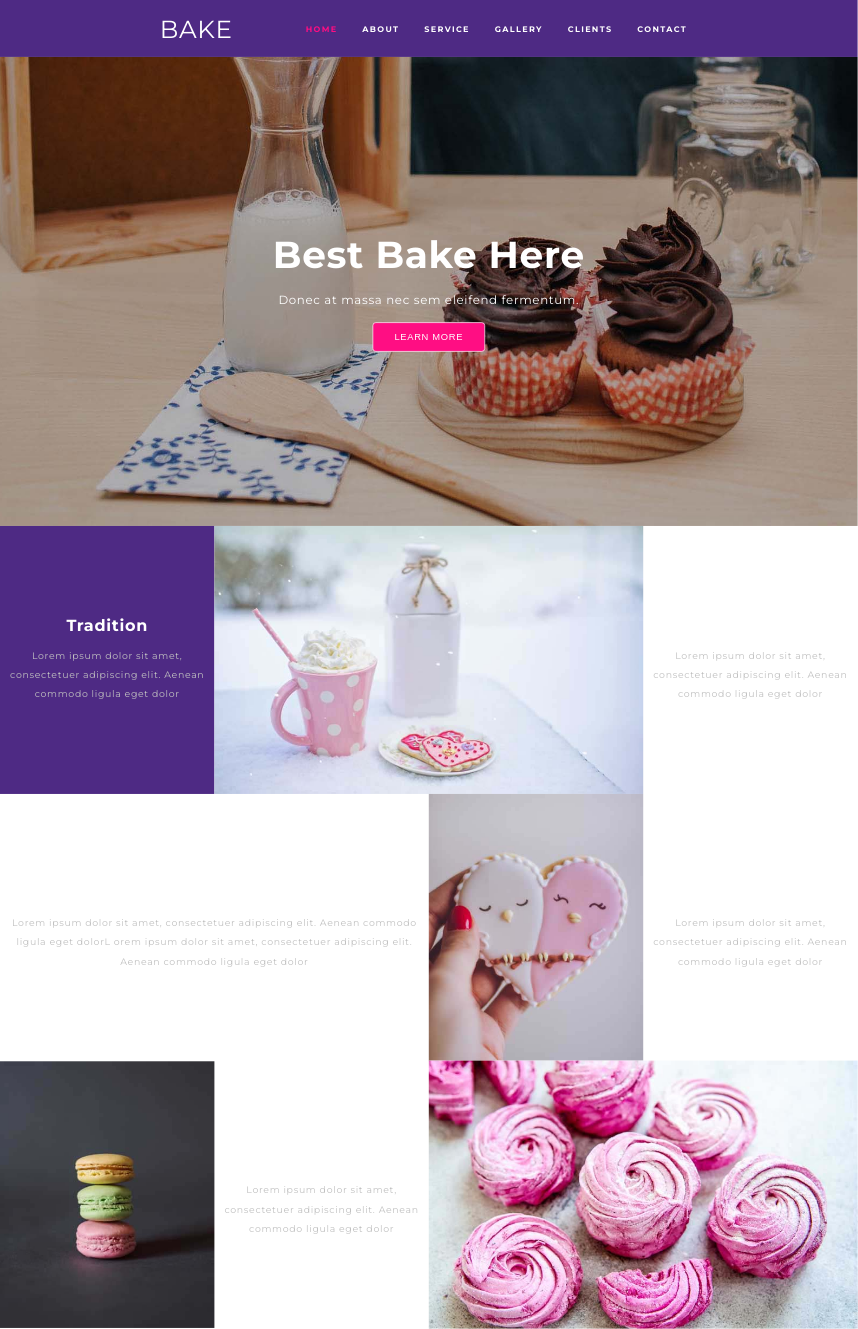
Repository: ducdatit2002/bake-cake
Page: index.html
The author's editor kept a copy of each file at every save. The page is drawn from the files as they stood at one save, then again after the next save.
The browser window is 1280 px wide. The pictures show the whole page, at 67% of full size.

Above is the page before, as saved 2023-07-13 12:37:58.

### index.html
<!DOCTYPE html>
<html lang="en">
<head>
    <meta charset="UTF-8">
    <meta name="viewport" content="width=device-width, initial-scale=1.0">
    <title>BAKE</title>
    <!-- FONT ICON -->
    <link rel="stylesheet" href="https://cdnjs.cloudflare.com/ajax/libs/font-awesome/6.4.0/css/all.min.css"
        integrity="sha512-iecdLmaskl7CVkqkXNQ/ZH/XLlvWZOJyj7Yy7tcenmpD1ypASozpmT/E0iPtmFIB46ZmdtAc9eNBvH0H/ZpiBw=="
        crossorigin="anonymous" referrerpolicy="no-referrer" />
    <!-- FONT GOOGLE -->
    <link rel="preconnect" href="https://fonts.googleapis.com">
    <link rel="preconnect" href="https://fonts.gstatic.com" crossorigin>
    <link href="https://fonts.googleapis.com/css2?family=Montserrat:wght@300;400;700&display=swap" rel="stylesheet">
    <!-- MAIN CSS -->
    <link rel="stylesheet" href="./index.css">

</head>
<body>
    <!-- HEADER -->
    <header>
        <div class="header__content">
            <p>BAKE</p>
            <nav>
                <ul>
                    <li class="active"><a href="#">HOME</a></li>
                    <li><a href="#">ABOUT</a></li>
                    <li><a href="#">SERVICE</a></li>
                    <li><a href="#">GALLERY</a></li>
                    <li><a href="#">CLIENTS</a></li>
                    <li><a href="#">CONTACT</a></li>
                </ul>
            </nav>
        </div>
    </header>
    <!-- CAROUSEL -->
    <section class="carousel">
        <div class="carousel__content">
            <h1>Best Bake Here</h1>
            <p>Donec at massa nec sem eleifend fermentum.</p>
            <button>LEARN MORE</button>
        </div>
    </section>
    <!-- INTRO -->
    <section class="intro">
        <div class="intro__item intro__text">
            <div>
                <h3>Tradition</h3>
                <p>Lorem ipsum dolor sit amet, consectetuer adipiscing elit. Aenean commodo ligula eget dolor</p>
            </div>
        </div>
        <div class="intro__item intro__ab1">
            <img src="./img/ab1.jpg" alt="intro 1">
        </div>
        <div class="intro__item intro__text">
            <div>
                <h3>Creativity</h3>
                <p>Lorem ipsum dolor sit amet, consectetuer adipiscing elit. Aenean commodo ligula eget dolor</p>
            </div>
        </div>
        <div class="intro__item intro__bake intro__text">
            <div>
                <h3>What We Bake Best For You</h3>
                <p>Lorem ipsum dolor sit amet, consectetuer adipiscing elit. Aenean commodo ligula eget dolorL orem ipsum dolor sit amet,
                consectetuer adipiscing elit. Aenean commodo ligula eget dolor</p>
            </div>
        </div>
        <div class="intro__item">
            <img src="./img/ab2.jpg" alt="intro 2">
        </div>
        <div class="intro__item intro__text">
            <div>
                <h3>Quality</h3>
                <p>Lorem ipsum dolor sit amet, consectetuer adipiscing elit. Aenean commodo ligula eget dolor</p>
            </div>
        </div>
        <div class="intro__item">
            <img src="./img/ab3.jpg" alt="intro 3">
        </div>
        <div class="intro__item intro__text">
            <div>
                <h3>Tasty Cakes</h3>
                <p>Lorem ipsum dolor sit amet, consectetuer adipiscing elit. Aenean commodo ligula eget dolor</p>
            </div>
        </div>
        <div class="intro__item intro__ab4">
            <img src="./img/ab4.jpg" alt="intro 4">
        </div>
    </section>
    <!-- NUMBER -->
    <section class="number"></section>
    <!-- SERVICES -->
    <section class="services"></section>
    <!-- GALLERY -->
    <section class="gallery"></section>
    <!-- TEAM MEMBER -->
    <section class="team"></section>
    <!-- FEEDBACK -->
    <section class="feedback"></section>
    <!-- CONTACT -->
    <section class="contact"></section>
    <!-- FOOTER -->
    <footer></footer>
</body>
</html>

### index.css
/* GLOBAL */
*{
    margin: 0;
    padding: 0;
    box-sizing: border-box;
}
html{
    font-size: 16px;
    /* 1 rem = 18px */
    /* Không khai báo thì 1 rem là 16px */

}
body {
    font-family: 'Montserrat', sans-serif;
    color: #212529;
    background-color: #fff;
    letter-spacing: 1px;
}
button {
    background-color: #ff0e83;
    border: 1px solid white;
    color: white;
    padding: 13px 32px;
    font-size: 0.875rem;
    border-radius: 5px;
    cursor: pointer;
    letter-spacing: 1px;
    transition: all 0.5s;
}
button:hover {
    background-color: white;
    color: black;
    border-color: #ff0e83;

}
/* HEADER */
header {
    background-color: #4e2a84;
    padding: 20px 0;
}
.header__content {
    width: 70%;
    margin: 0 auto;
    display: flex;
    justify-content: space-around;
    align-items: center;
}
.header__content ul {
    list-style: none;
}
.header__content ul a {
    text-decoration: none;
    color: white;
    font-weight: 700;
    font-size: 0.75rem;
    letter-spacing: 2px;
    /* transition-property: all;
    transition-duration: 1s;
    transition-delay: 0s;
    transition-timing-function: linear; */
    transition: all 1s;
}
.header__content ul a:hover {
    color: #ff0e83;
}
.header__content ul li {
    display: inline;
    margin: 0 1rem;
}
.header__content p {
    color: white;
    font-size: 2.3rem;
    /* 2.3 rem ~ 37px */
}
.header__content ul .active a {
    color: #ff0e83;
}

/* CAROUSEL */
.carousel{
    background-image: url(./img/b3.jpg);
    height: 700px;
    background-size: cover;
    background-position: center;
    color: white;
    text-align: center;
    display: flex;
    justify-content: center;
    align-items: center;
}
.carousel__content h1 {
    font-size: 3.5rem;
}
.carousel__content p {
    font-size: 1.1rem;
    padding: 23px 0;
}
/* INTRO */
.intro {
    display: grid;
    /* grid-template-columns: 25% 25% 25% 25%; */
    /* grid-template-columns: repeat(4, 25%); */
    /* fr: phân số */
    grid-template-columns: repeat(4,1fr);
}
.intro__ab1 {
    /* số line bắt đầu */
    /* số line kết thúc */
    /* số cột mà item chiếm */
    /* grid-column:2 / 4; */
    grid-column: 2/ span 2;
}
.intro__bake {
    /* grid-column: 1 / 3; */
    grid-column: 1 /span 2;
}
.intro__ab4 {
    grid-column: 3 / span 2;
}
.intro__item img {
    width: 100%;
    display: block;
}
.intro__text {
    padding: 0 ;
}
.intro__item {
    display: flex;
    align-items: center;
    text-align: center;
}
.intro__item h3 {
    color: white;
    font-size: 1.5rem;
    font-weight: 700;
    margin-bottom: 1rem;
}
.intro__item p {
    font-size: 0.875rem;
    color: #c1c1c1;
    line-height: 29px;
}
.intro .intro__item:first-child {
    background-color: #4e2a84;

}

After the next save:
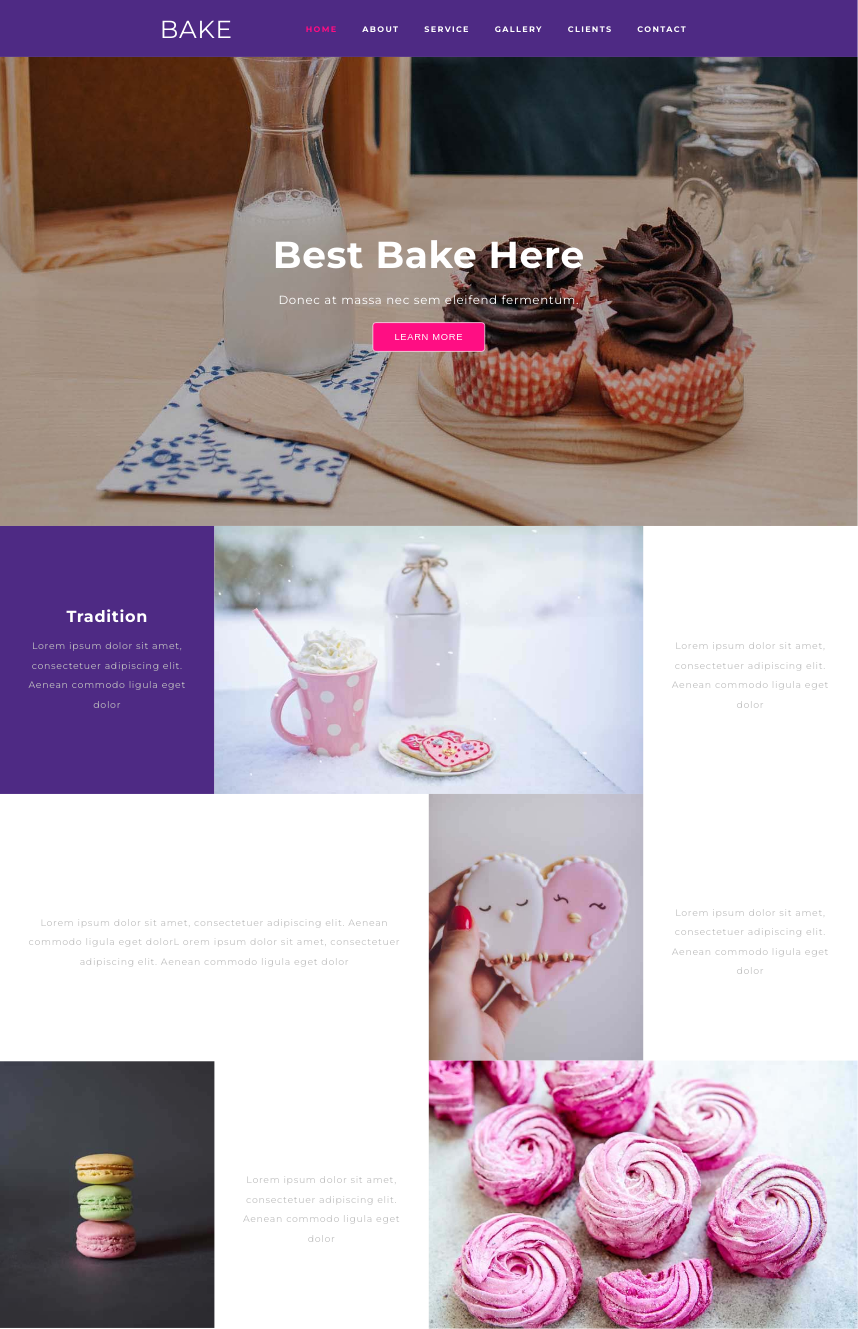
Saved 6 s later.
--- a/index.css
+++ b/index.css
@@ -122,7 +122,7 @@ header {
     display: block;
 }
 .intro__text {
-    padding: 0 ;
+    padding: 0 32px;
 }
 .intro__item {
     display: flex;
